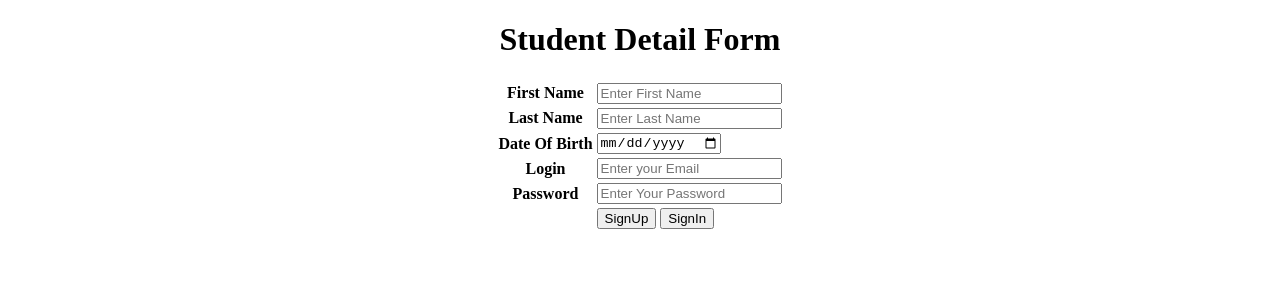
Repository: Abhi070717/Advance-Java
Page: http://localhost/jsp-servlet/UserForm.jsp
The author's editor kept a copy of each file at every save. The page is drawn from the files as they stood at one save, then again after the next save.
The browser window is 1280 px wide. The pictures show the whole page.
The page is served by Tomcat 9. Other server files are loaded and not shown.

Above is the page before, as saved 2026-01-21 11:34:52.

### Jsp-servlet/jsp-servlet/WebContent/UserForm.jsp
<%@ page language="java" contentType="text/html; charset=ISO-8859-1"
	pageEncoding="ISO-8859-1"%>
<!DOCTYPE html>
<html>
<head>
<meta charset="ISO-8859-1">
<title>Student Form</title>
</head>
<body>

	<div align="center">

		<form>
			<h1>Student Detail Form</h1>
			<table>
				<tr>
					<th>First Name</th>
					<td><input type="text" name="firstName" value=""
						placeholder="Enter First Name"></td>
				</tr>
				<tr>
					<th>Last Name</th>
					<td><input type="text" name="lastName" value=""
						placeholder="Enter Last Name"></td>
				</tr>
				<tr>
					<th>Date Of Birth</th>
					<td><input type="date" name="DOB" value=""></td>
				</tr>
				<tr>
					<th>Login</th>
					<td><input type="email" name="login" value=""
						placeholder="Enter your Email"></td>
				</tr>
				<tr>
					<th>Password</th>
					<td><input type="password" name="password" name="password"
						placeholder="Enter Your Password"></td>
				</tr>
				<tr>
				<th></th>
					<td><input type="Submit" name="operation" value="SignUp"> <input type="Submit" name="operation" value="SignIn"></td>
				</tr>
			</table>

		</form>

	</div>

</body>
</html>

After the next save:
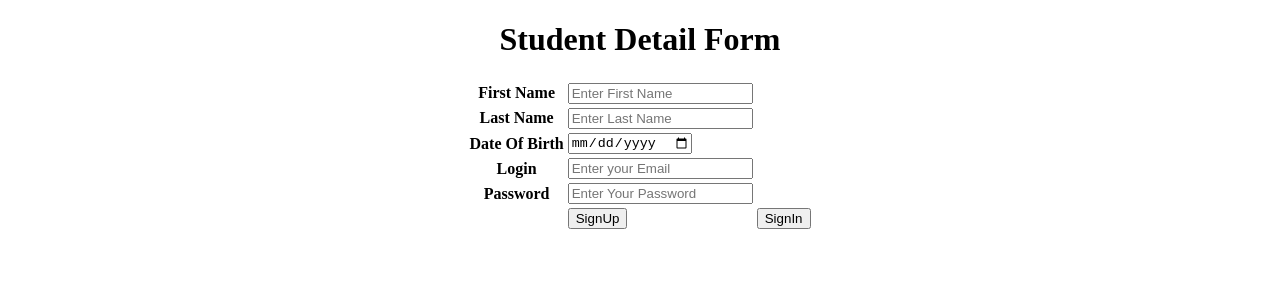
Saved 23 min 29 s later.
--- a/Jsp-servlet/jsp-servlet/WebContent/UserForm.jsp
+++ b/Jsp-servlet/jsp-servlet/WebContent/UserForm.jsp
@@ -39,7 +39,8 @@
 				</tr>
 				<tr>
 				<th></th>
-					<td><input type="Submit" name="operation" value="SignUp"> <input type="Submit" name="operation" value="SignIn"></td>
+					<td><input type="Submit" name="operation" value="SignUp"> </td>
+					<td><input type="Submit" name="operation" value="SignIn"></td>
 				</tr>
 			</table>
 
